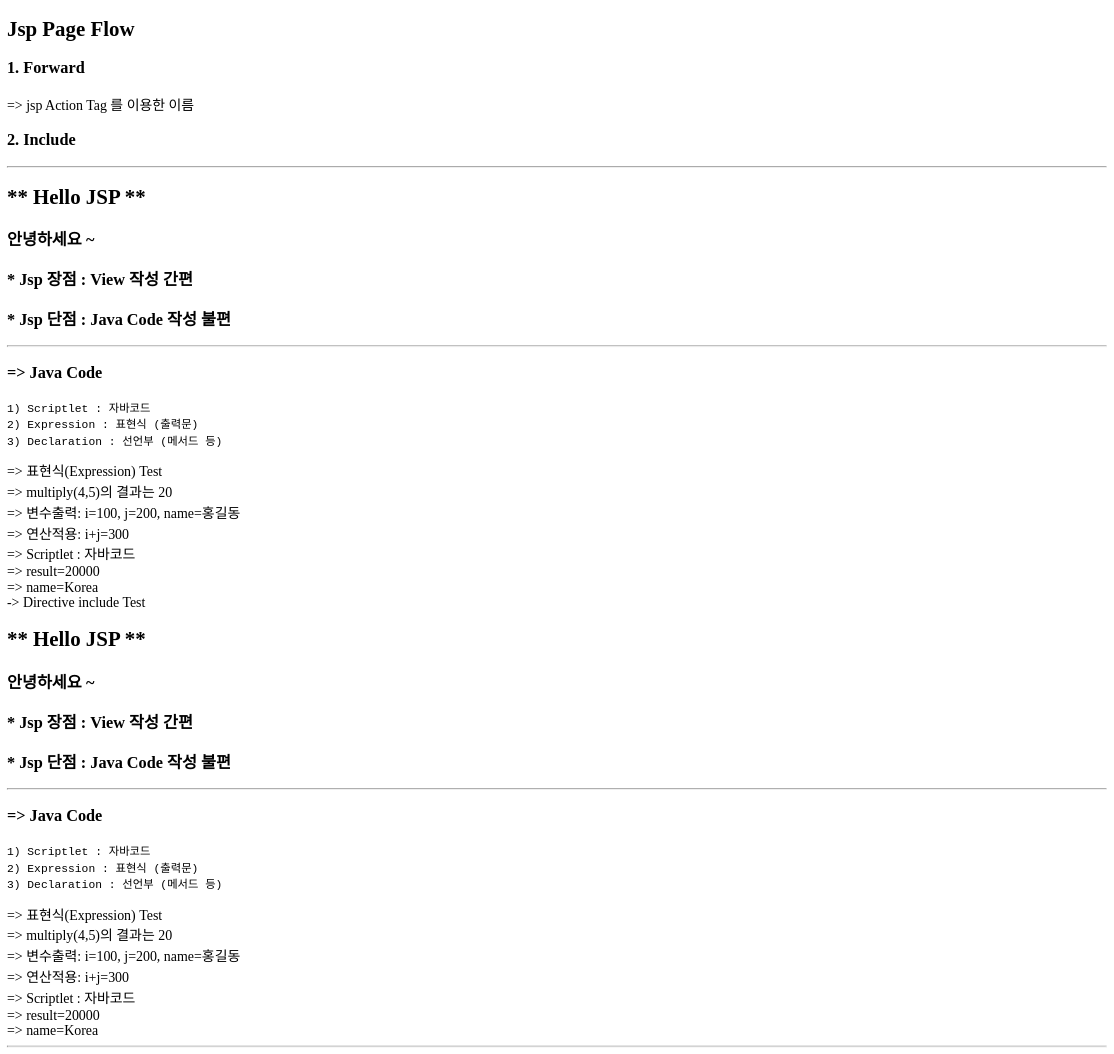
Repository: nameground/Java
Page: http://localhost/Web01/jsp01/ex04_PageFlow.jsp
The author's editor kept a copy of each file at every save. The page is drawn from the files as they stood at one save, then again after the next save.
The browser window is 1280 px wide. The pictures show the whole page, at 87% of full size.
The page is served by Tomcat 9. Nobody is signed in. The application's start-up code is not run. Other server files are loaded and not shown.

Above is the page before, as saved 2023-10-12 07:12:30.

### mTest/Mywork/Web01/src/main/webapp/jsp01/ex04_PageFlow.jsp
<%@ page language="java" contentType="text/html; charset=UTF-8"
    pageEncoding="UTF-8"%>
<!DOCTYPE html>
<html>
<head>
<meta charset="UTF-8">
<title>Jsp Page Flow</title>
</head>
<body>
<h2> Jsp Page Flow</h2>
<h3>1. Forward</h3>
=> jsp Action Tag 를 이용한 이름
<script type="text/javascript">
	alert("Hello 로 이동합니다.");
	// => Forward Test 시에는
	// => 스크립트는 브라우져에서 실행되기 때문에 실행 되지않음.
	// => 서버에서 forward 된 화면이 response 로 출력 되기 때문
</script>
<%-- <jsp:forward page="ex01_HelloJsp.jsp"/> --%>

<h3>2. Include</h3>
<hr>
<jsp:include page = "ex01_HelloJsp.jsp" />
-> Directive include Test <br>
<%@ include file = "ex01_HelloJsp.jsp" %>
<hr>

</body>
</html>

### mTest/Mywork/Web01/src/main/webapp/jsp01/ex01_HelloJsp.jsp
<%@ page language="java" contentType="text/html; charset=UTF-8"
    pageEncoding="UTF-8"%>
<!DOCTYPE html>
<html>
<head>
<meta charset="UTF-8">
<title>** Hello JSP **</title>
</head>
<body>
<h2>** Hello JSP **</h2>
<h3>안녕하세요 ~</h3>
<h3>* Jsp 장점 : View 작성 간편</h3>
<h3>* Jsp 단점 : Java Code 작성 불편</h3>
<hr>
<h3>=> Java Code</h3>
<pre>
1) Scriptlet : 자바코드
2) Expression : 표현식 (출력문)
3) Declaration : 선언부 (메서드 등)
</pre>
<%! //Declaration : 선언부
	public int multiply(int a, int b) {
		return a*b;
	}
	String name="홍길동";
	int i=100;
	int j=200;
%>
=> 표현식(Expression) Test<br>
=> multiply(4,5)의 결과는 <%=multiply(4,5)%><br>
=> 변수출력: i=<%=i%>, j=<%=j%>, name=<%=name%><br>
=> 연산적용: i+j=<%=i+j%><br>

=> Scriptlet : 자바코드<br>
<% 	int result=multiply(i,j);
	name="Korea";
%>
=> result=<%=result%><br>
=> name=<%=name%><br>

</body>
</html>

After the next save:
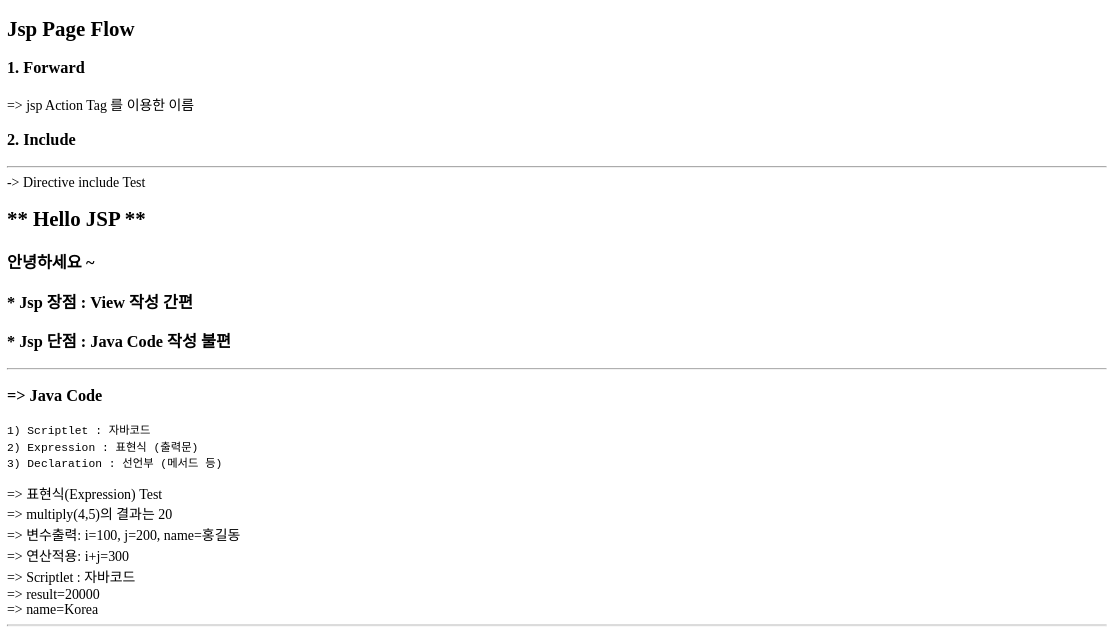
Saved 99 s later.
--- a/mTest/Mywork/Web01/src/main/webapp/jsp01/ex04_PageFlow.jsp
+++ b/mTest/Mywork/Web01/src/main/webapp/jsp01/ex04_PageFlow.jsp
@@ -20,7 +20,7 @@
 
 <h3>2. Include</h3>
 <hr>
-<jsp:include page = "ex01_HelloJsp.jsp" />
+<%-- <jsp:include page = "ex01_HelloJsp.jsp" /> --%>
 -> Directive include Test <br>
 <%@ include file = "ex01_HelloJsp.jsp" %>
 <hr>
